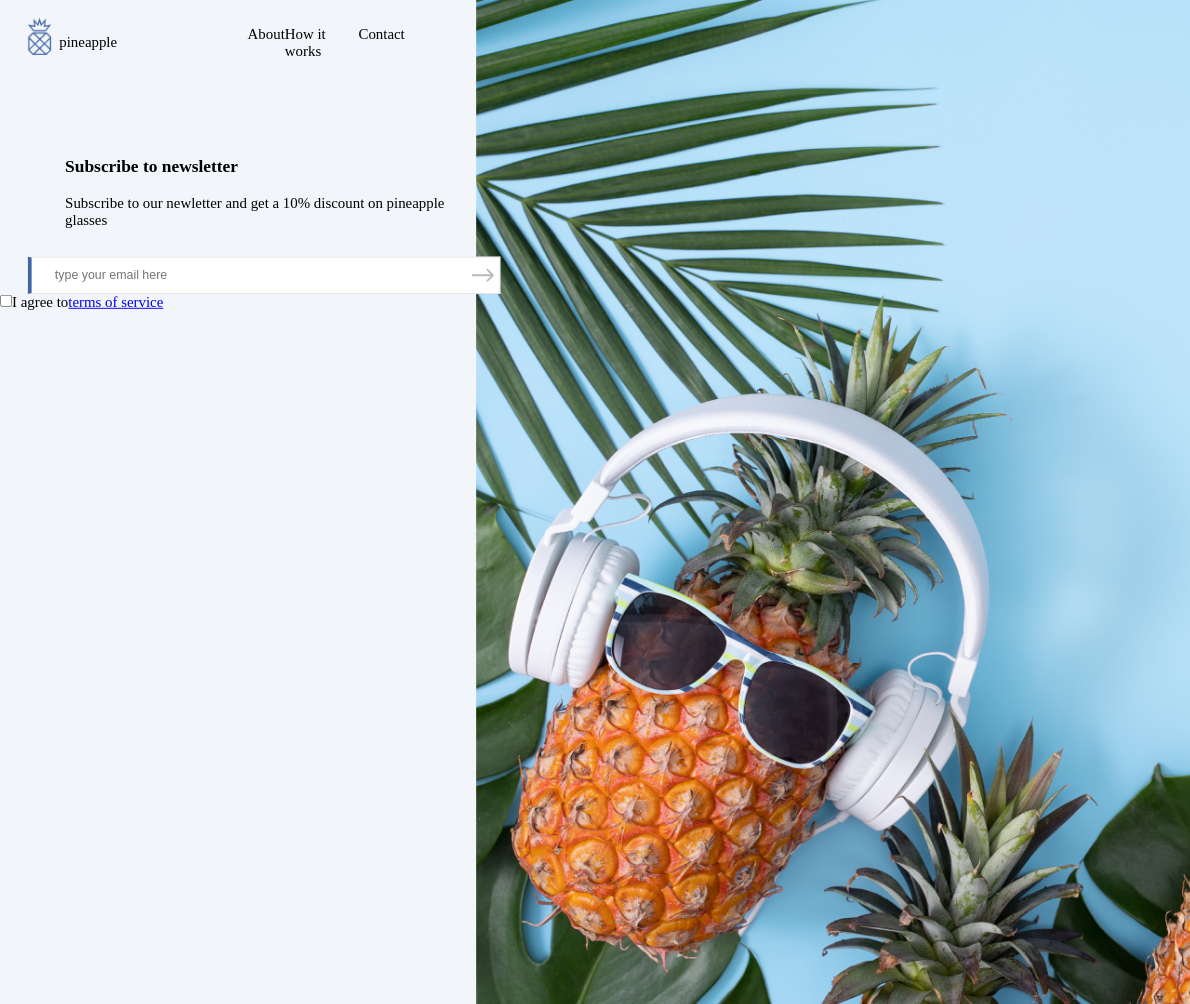
Repository: PaulsBebris/megabit-task
Page: /
These files come from the project's save history. The page is drawn as it stood at one moment and after the next save; the edit follows.
The browser window is 1280 px wide. The pictures show the whole page, at 93% of full size.
The project was rebuilt for these pictures with package versions that can differ from the ones it lists, and the page was loaded fresh each time.

Above is the page before, as saved 2021-04-19 14:35:53.

### src/App.vue
<template>
  <div id="app">
    <!-- <div id="nav">
      <router-link to="/">Home</router-link> |
      <router-link to="/about">About</router-link>
    </div> -->
    <router-view/>
  </div>
</template>

<style lang="scss">
// normalize
* {
  padding: 0;
  margin: 0;
  box-sizing: border-box;
}
#app {
  // font-family: Avenir, Helvetica, Arial, sans-serif;
  // -webkit-font-smoothing: antialiased;
  // -moz-osx-font-smoothing: grayscale;
  // text-align: center;
  // color: #2c3e50;
  overflow: hidden;
}

// #nav {
//   padding: 30px;

//   a {
//     font-weight: bold;
//     color: #2c3e50;

//     &.router-link-exact-active {
//       color: #42b983;
//     }
//   }
// }
</style>

### src/router/index.js
import Vue from 'vue'
import VueRouter from 'vue-router'
import Home from '../views/Home.vue'

Vue.use(VueRouter)

const routes = [
  {
    path: '/',
    name: 'Home',
    component: Home
  }
]

const router = new VueRouter({
  routes
})

export default router

// {
// path: '/about',
// name: 'About',
// route level code-splitting
// this generates a separate chunk (about.[hash].js) for this route
// which is lazy-loaded when the route is visited.
// component: () => import(/* webpackChunkName: "about" */ '../views/About.vue')
// }

### src/views/Home.vue
<template>
  <div class="home">
    <div class="page-content-wrapper">
      <div class="header-wrapper">
        <div class="logo">
          <img src="../assets/img/pineapple.png" alt="pineapple">
          <span>pineapple</span>
        </div>
        <div class="main-menu">
          <div>About</div>
          <div>How it works</div>
          <div>Contact</div>
        </div>
      </div>
      <div class="content-wrapper">
        <h3>Subscribe to newsletter</h3>
        <p>Subscribe to our newletter and get a 10% discount on pineapple glasses</p>
      </div>
      <div class="subscribe-form-wrapper">
        <input type="text" placeholder="type your email here" @click="onSubscribe" v-model="email" >
        <div class="submit-button">
          <span>
            <img src="../assets/img/ic_arrow.svg" alt="arrow">
          </span>
        </div>
      </div>
      <div class="terms-of-use">
        <input type="checkbox" name="agreedOnTerms" id="">I agree to<a href="#">terms of service</a>
      </div>
      <div class="social-wrapper"></div>
    </div>
    <div class="base-image">
      <img :src=sommer alt="">
    </div>
  </div>
</template>

<script>
import sommer from '@/assets/img/sommer.png'

export default {
  name: 'Home',
  components: {},
  data () {
    return {
      sommer,
      email: ''
    }
  },
  methods: {
    onSubscribe () {
      // axios send data
    }
  }
}
</script>

<style lang="scss" scoped>
@import "../assets/scss/defaults.scss";
.home {
  display: flex;
  // grid-template-columns: 3fr 1fr;
  // grid-template-rows: 100vh;
  width: 680px;
  height: 1080px;
  // color: $blue;
  // overflow: hidden;
}
.page-content-wrapper {
  width: 40vw;
  height: 1080px;
  background-color: $light-blue;
}
.base-image {
  width: 60vw;
}
.base-image img {
  max-height: 1080px;
}
.header-wrapper {
  display: flex;
  justify-content: space-between;
  margin: 5% 0 20% 0;
  align-items: center;
}
.logo {
  margin-left: 30px;
  display: flex;
  align-items: center;
}
.logo img {
  margin-right: 10%;
  position: relative;
  top: -7px;
}
.main-menu {
  margin-right: 15%;
  display: flex;
  justify-content: space-between;
  width: 33%;
}
.content-wrapper {
  padding-left: 70px;
}
.content-wrapper :first-child {
  margin-bottom: 20px;
}
.content-wrapper p {
  margin-bottom: 30px;
}
.subscribe-form-wrapper {
  display: flex;
  justify-content: right;
  width: 42vw;
}
.subscribe-form-wrapper input {
  border: none;
  border-left: 4px solid $blue;
  padding-left: 25px;
  margin-left: 30px;
  height: 40px;
  z-index: 2;
  width: 90%;
  border-top: 1px solid $light-grey;
  border-bottom: 1px solid $light-grey;
}
.submit-button {
  z-index: 2;
  width: 38px;
  background-color: #fff;
  border-top: 1px solid $light-grey;
  border-right: 1px solid $light-grey;
  border-bottom: 1px solid $light-grey;
  height: 40px;
}
.submit-button {
  display: flex;
  justify-content: center;
  align-items: center;
}
.submit-button span {
  margin-top: 5px;
}
// mobile
@media screen and (max-width: 1024px) {
  .base-image {
    display: none;
  }
  .page-content-wrapper {
    width: 100vw;
    background-image: url('../assets/img/sommer.png');
    background-repeat: no-repeat;
    background-position: center;
    background-attachment: fixed;
    background-size: cover;
    max-height: 746px;
  }
}
</style>

### src/assets/scss/_defaults.scss
$blue: #4066A5;
$black: #131821;
$grey: #6A707B;
$light-grey: #E3E3E4;
$light-blue: #F2F5FA;

Loaded but not shown: public/index.html (common file); src/main.js (common file); src/store/index.js (common file)

After the next save:
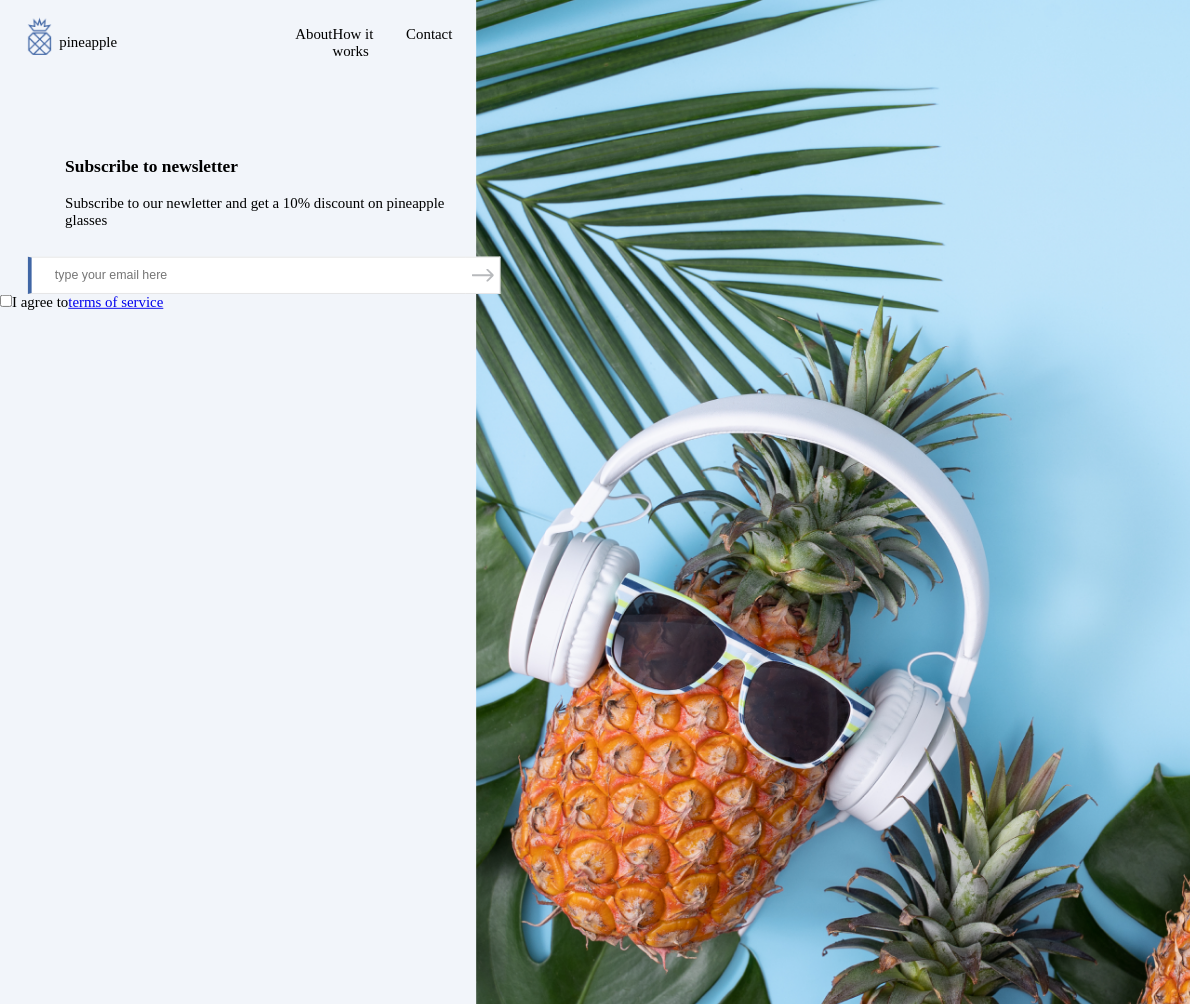
Saved 11 s later.
--- a/src/views/Home.vue
+++ b/src/views/Home.vue
@@ -94,7 +94,7 @@ export default {
   top: -7px;
 }
 .main-menu {
-  margin-right: 15%;
+  margin-right: 5%;
   display: flex;
   justify-content: space-between;
   width: 33%;
